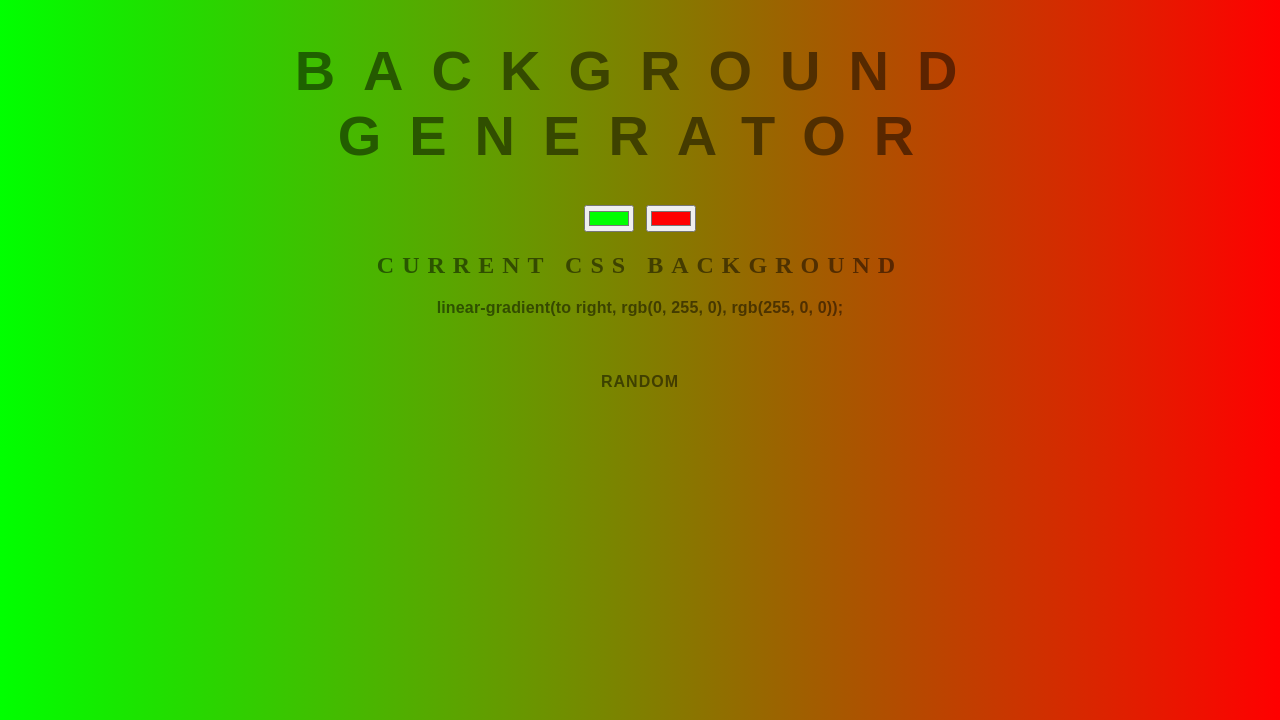
Repository: blgest/background-generator
Page: index.html
These files come from the project's save history. The page is drawn as it stood at one moment and after the next save; the edit follows.
The browser window is 1280 px wide. The pictures show the whole page.

Above is the page before, as saved 2020-02-09 10:12:30.

### index.html
<!DOCTYPE html>
<html>
<head>
	<title>Gradient Background</title>
	<link rel="stylesheet" type="text/css" href="style.css">
</head>
<body id="gradient">
	<h1>Background Generator</h1>
	<input class="color1" type="color" name="color1" value="#00ff00">
	<input class="color2" type="color" name="color2" value="#ff0000">
	<h2>Current CSS Background</h2>
	<h3></h3>
	<h3><button id="random">Random</button></h3>
	<script type="text/javascript" src="script.js"></script>
</body>
</html>

### style.css
body {
  font: "Raleway", sans-serif;
  color: rgba(0, 0, 0, 0.5);
  text-align: center;
  text-transform: uppercase;
  letter-spacing: 0.5em;
  top: 15%;
  background: linear-gradient(to right, red, yellow); /* Standard syntax */
}

h1 {
  font: 600 3.5em "Raleway", sans-serif;
  color: rgba(0, 0, 0, 0.5);
  text-align: center;
  text-transform: uppercase;
  letter-spacing: 0.5em;
  width: 100%;
}

h3 {
  font: 900 1em "Raleway", sans-serif;
  color: rgba(0, 0, 0, 0.5);
  text-align: center;
  text-transform: none;
  letter-spacing: 0.01em;
}

#random {
    border: 3px solid #fff;
color:#fff;
}

#random{
    border: none;
    font-family: inherit;
    font-size: inherit;
    color: inherit;
    background: none;
    cursor: pointer;
    padding: 25px 80px;
    display: inline-block;
    margin: 15px 30px;
    text-transform: uppercase;
    letter-spacing: 1px;
    font-weight: 700;
    outline: none;
    position: relative;
    -webkit-transition: all 0.3s;
    -moz-transition: all 0.3s;
    transition: all 0.3s;
}
*, ::after, ::before {
    -webkit-box-sizing: border-box;
    -moz-box-sizing: border-box;
    box-sizing: border-box;

### script.js
var css = document.querySelector("h3");
var color1 = document.querySelector(".color1");
var color2 = document.querySelector(".color2");
var body = document.getElementById("gradient");
var randdom = document.getElementById("random");

function generateRandomBackground(){
	color1.value = generateColor();
	color2.value = generateColor();
	setGradient();
}

function generateColor() {
	return "#"+Math.floor(Math.random()*16777215).toString(16);
}

function setGradient() {
	body.style.background =
		"linear-gradient(to right, "
		+ color1.value
		+ ", "
		+ color2.value
		+ ")";
	css.textContent = body.style.background + ";";
}

setGradient();

color1.addEventListener("input", setGradient);

color2.addEventListener("input", setGradient);

randdom.addEventListener("click", generateRandomBackground);

After the next save:
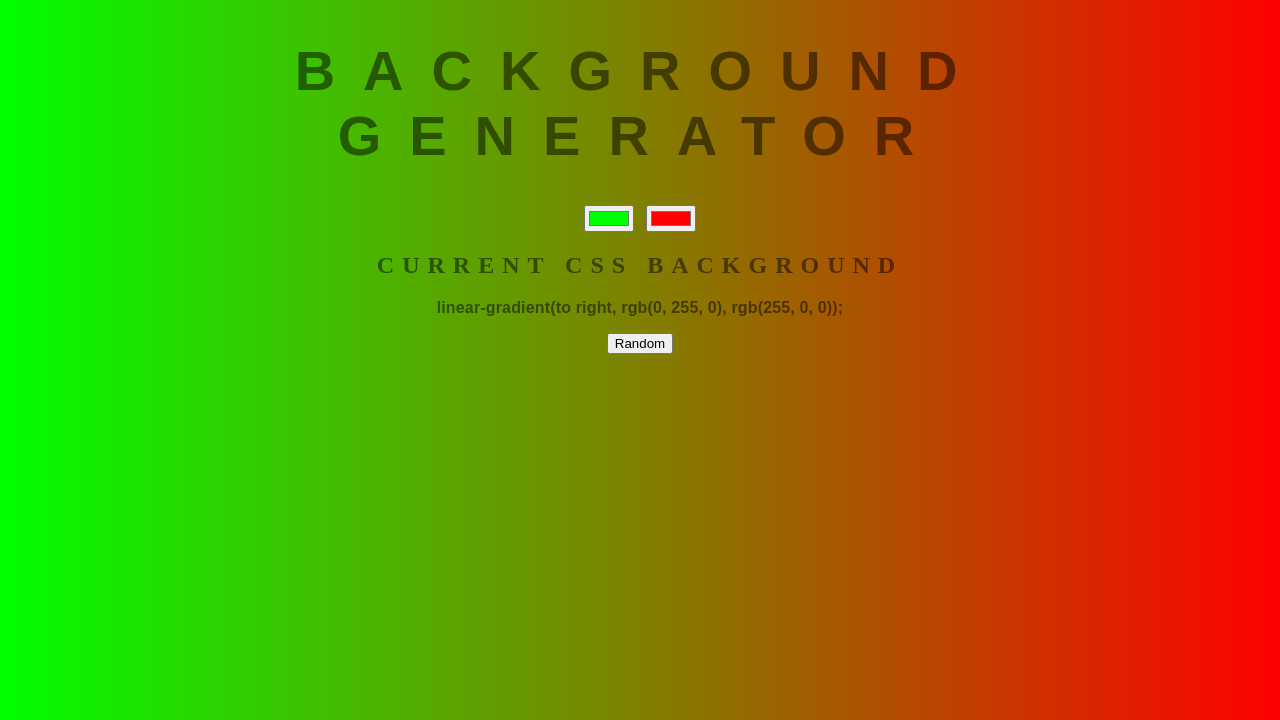
Console error: TypeError: Cannot read properties of null (reading 'addEventListener')
Saved 22 s later.
--- a/index.html
+++ b/index.html
@@ -10,7 +10,7 @@
 	<input class="color2" type="color" name="color2" value="#ff0000">
 	<h2>Current CSS Background</h2>
 	<h3></h3>
-	<h3><button id="random">Random</button></h3>
+	<h3><button id="random btn">Random</button></h3>
 	<script type="text/javascript" src="script.js"></script>
 </body>
 </html>
